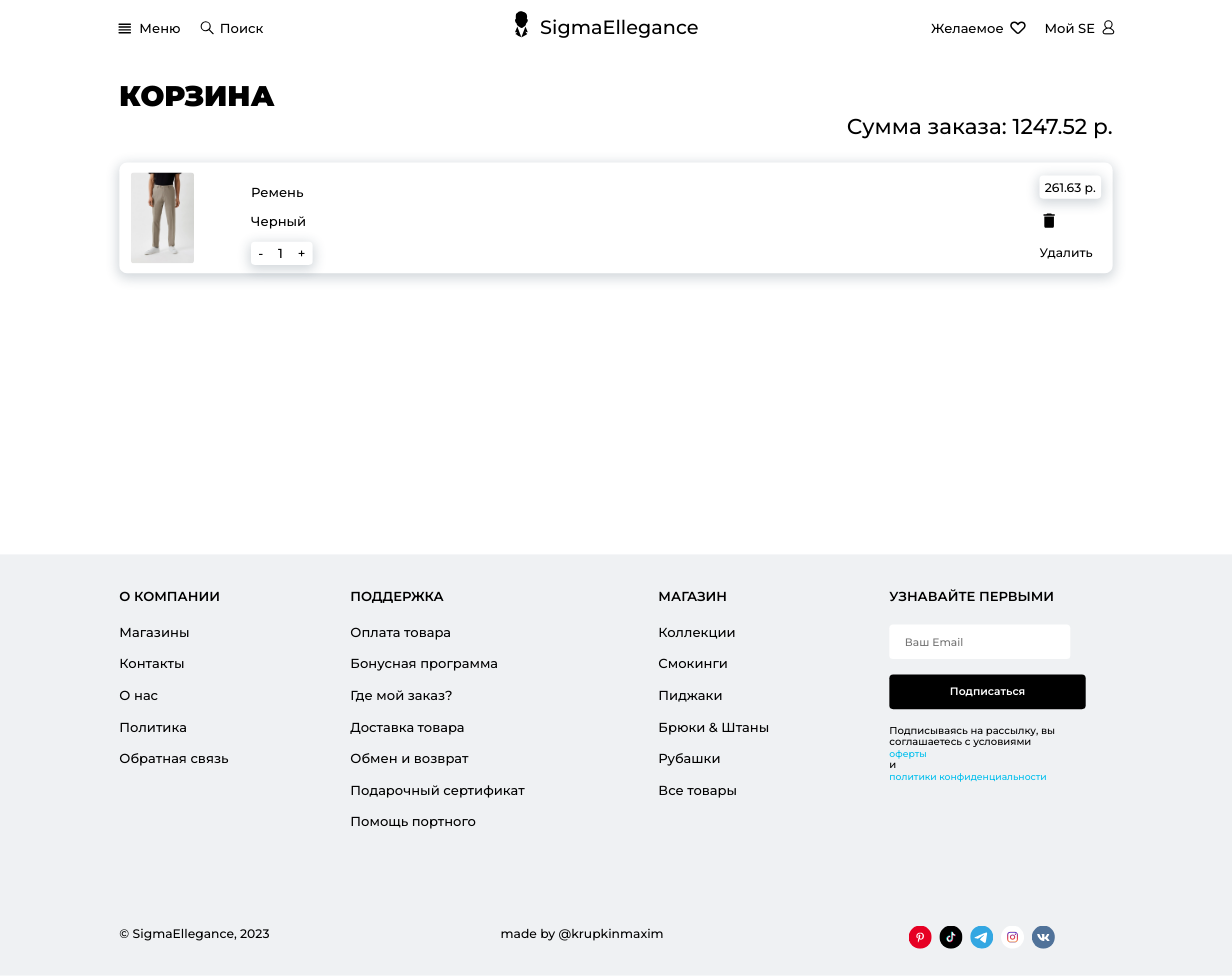
Repository: MaksimKrupkin/SigmaEllegance
Page: /cart
These files come from the project's save history. The page is drawn as it stood at one moment and after the next save; the edit follows.
The browser window is 1280 px wide. The page is 1600 px wide, so the pictures cover 1600 px, including what lies to the right of the window. The pictures show the whole page, at 77% of full size.
Some web fonts or font styles are not loaded; a fallback is used. The project was rebuilt for these pictures with package versions that can differ from the ones it lists, and the page was loaded fresh each time. Also part of the build but not shown: src/Components/SideBar/SideBar.module.css, src/Components/SideBar/SideBar.jsx, src/Pages/HomePage.module.css, src/Components/SliderWrapper/SliderWrapper.module.css, src/Components/SliderCard/SliderCard.module.css, src/Components/SliderCard/SliderCard.jsx, src/Components/LeftArrow/LeftArrow.module.css, src/Components/LeftArrow/LeftArrow.jsx and 31 more.

Above is the page before, as saved 2023-12-19 19:37:06.

After the next save:
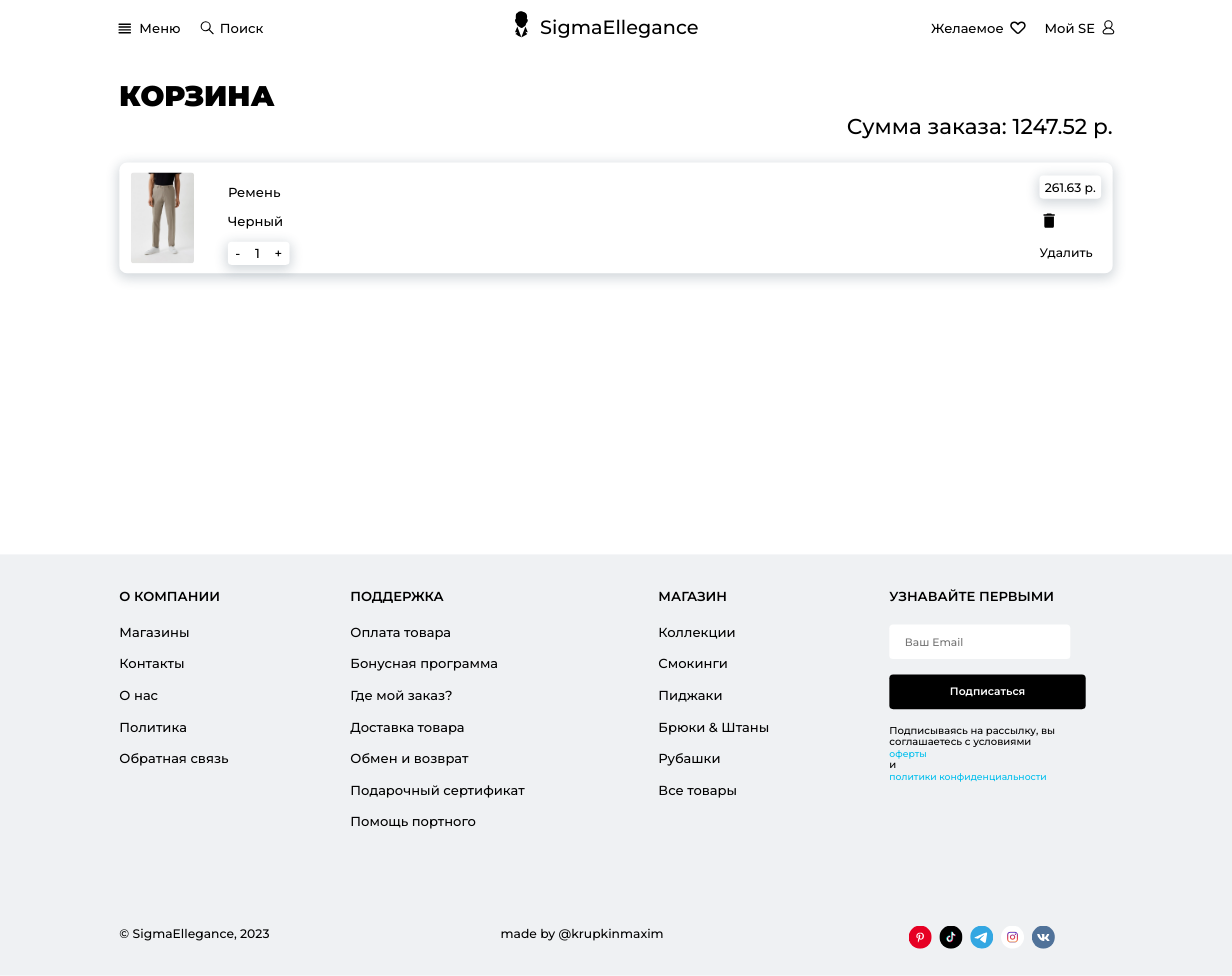
Saved 4 s later.
--- a/src/Pages/Cart/Cart.module.css
+++ b/src/Pages/Cart/Cart.module.css
@@ -42,7 +42,7 @@
   border-radius: 4px;
 }
 .goods_data {
-  margin-left: -870px;
+  margin-left: -930px;
   font-size: 17px;
   font-weight: 500;
 }
